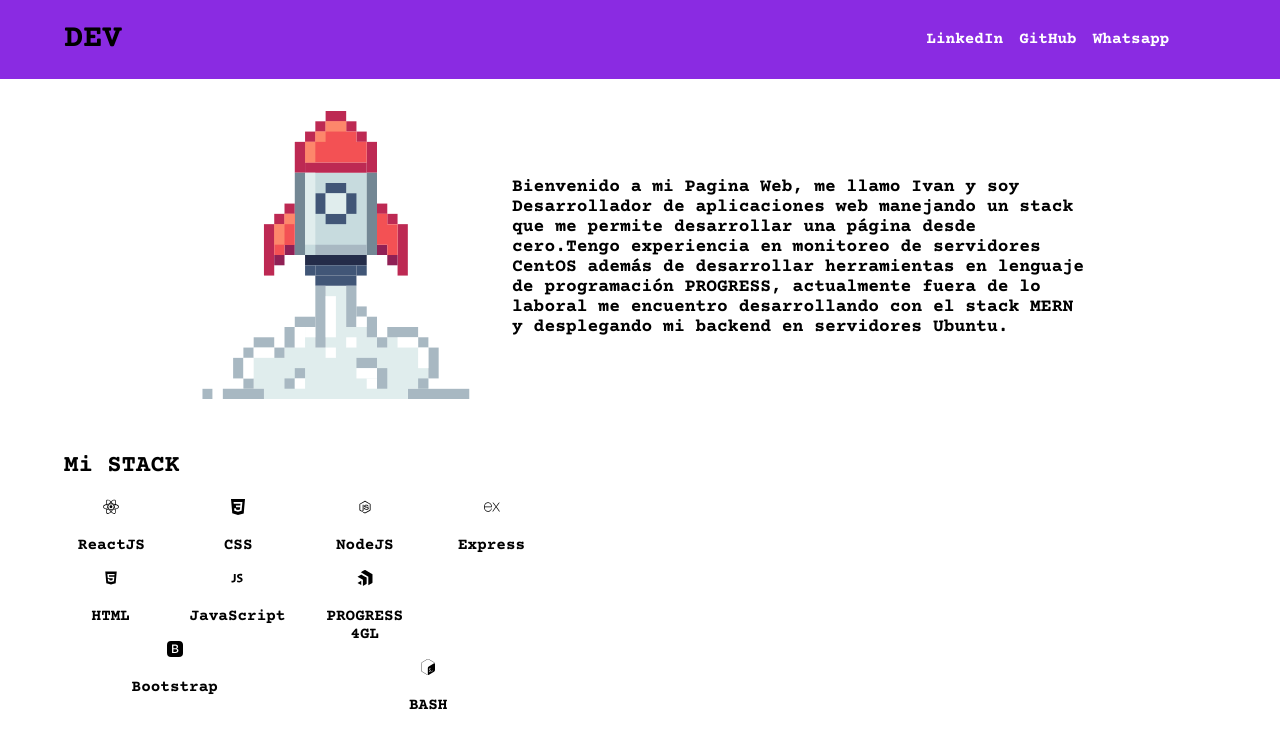
Repository: FxIvan/myweb
Page: /
An editor plug-in stored every save of this project. The page is shown before and after a run of saves, followed by the edit.
The browser window is 1280 px wide. The pictures show the whole page.
The project was rebuilt for these pictures with package versions that can differ from the ones it lists, and the page was loaded fresh each time.

Above is the page before, as saved 2022-11-03 11:55:44.

After the next 2 saves:
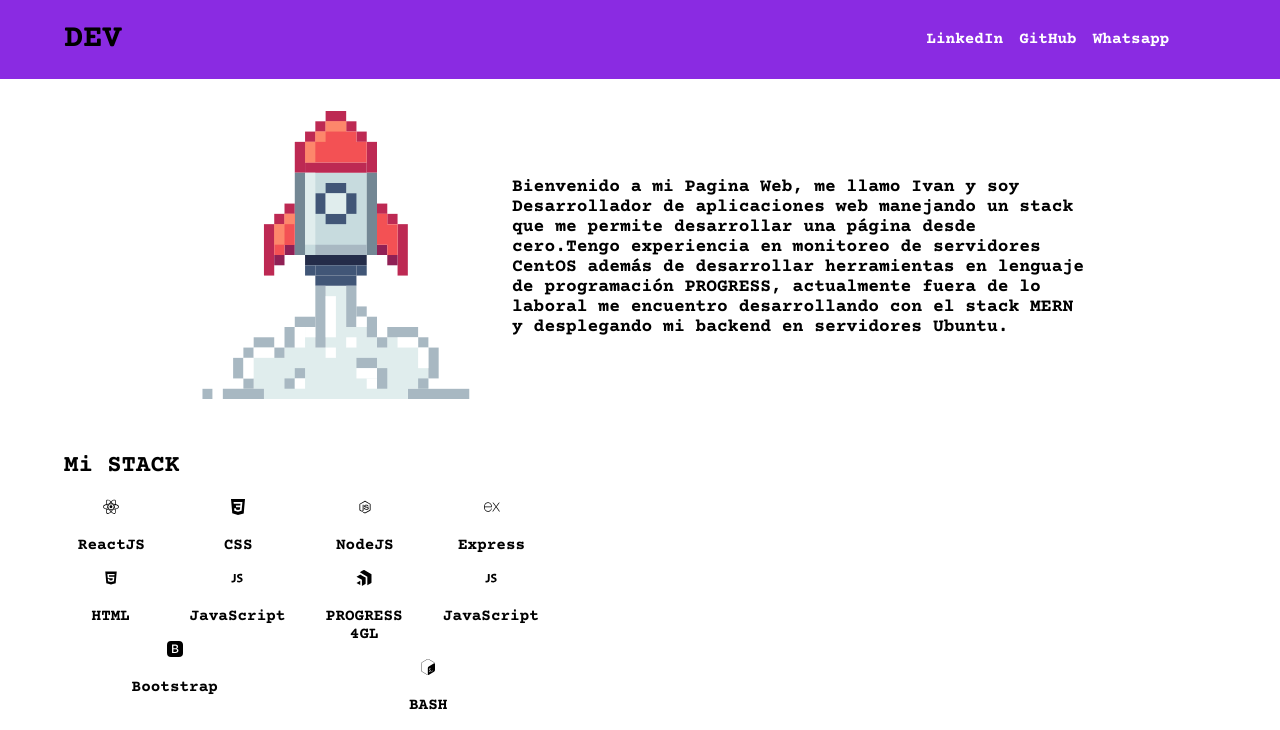
The 2 saves are shown as one change because they came seconds apart.
The last was saved 12 s later.
--- a/src/component/stack/stack.js
+++ b/src/component/stack/stack.js
@@ -63,7 +63,8 @@
                                     <p>PROGRESS 4GL</p>
                                 </div>
                                 <div className='icon-stack-4'>
-
+                                    <DiJavascript1/>
+                                    <p>JavaScript</p>
                                 </div>
                             </div>
                             <div className='box-container-3'>
